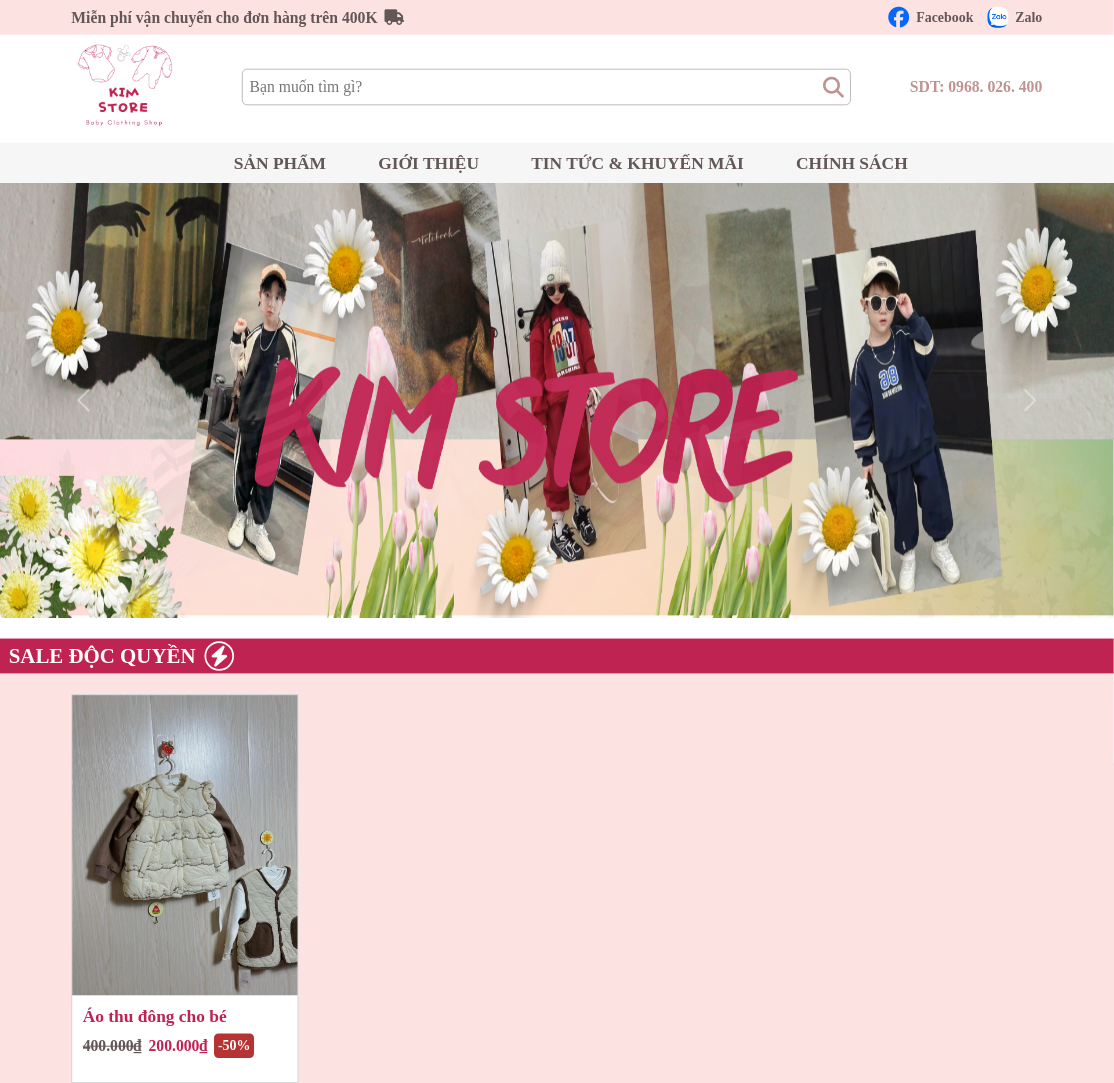
Repository: hoang28092000/kim-store
Page: index.html
These files come from the project's save history. The page is drawn as it stood at one moment and after the next save; the edit follows.
The browser window is 1280 px wide. The pictures show the whole page, at 87% of full size.
Some web libraries are served in a nearby version.

Above is the page before, as saved 2024-11-01 15:37:21.

### index.html
<!DOCTYPE html>
<html lang="en">
<head>
    <meta charset="UTF-8">
    <meta name="viewport" content="width=device-width, initial-scale=1.0">
    <link href="https://cdn.jsdelivr.net/npm/bootstrap@5.0.2/dist/css/bootstrap.min.css" rel="stylesheet" integrity="sha384-EVSTQN3/azprG1Anm3QDgpJLIm9Nao0Yz1ztcQTwFspd3yD65VohhpuuCOmLASjC" crossorigin="anonymous">
    <link rel="stylesheet" href="https://cdnjs.cloudflare.com/ajax/libs/font-awesome/6.6.0/css/all.min.css" integrity="sha512-Kc323vGBEqzTmouAECnVceyQqyqdsSiqLQISBL29aUW4U/M7pSPA/gEUZQqv1cwx4OnYxTxve5UMg5GT6L4JJg==" crossorigin="anonymous" referrerpolicy="no-referrer" />
    <link rel="stylesheet" href="asset/style.css">
    <title>KIM STORE</title>
</head>
<body>
    <div id="header">
        <div class="top_header ">
                <div class="container d-flex justify-content-between">
                    <div class="r-top_header d-flex align-items-center">
                        <p class="txt_bold mb-0 me-2">Miễn phí vận chuyển cho đơn hàng trên 400K</p>
                    <i class="fa-solid fa-truck icon-truck mb-0"></i>
                    </div>
                    <ul class="icons-header d-flex align-items-center mb-0">
                        <a href="" class="tag-a-top_header">
                            <li class="icon d-flex me-3">
                                <i class="fa-brands fa-facebook icon_fb me-2"></i>
                                <span class="txt-fb">Facebook</span>
                            </li>
                        </a>
                        <a href="" class="tag-a-top_header">
                            <li class="icon d-flex">
                                <img src="asset/image/icon_zalo.webp" alt="this is picture zalo" class="icon_zalo me-2">
                                <span class="txt-zalo">Zalo</span>
                             </li>
                        </a>
                    </ul>
                </div>
        </div>

        <div class="bottom_headder">
            <div class="container d-flex justify-content-between align-items-center">
                <a href="" class="">
                    <img src="asset/image/KIM-store.png" alt="this is logo" class="img_logo">
                </a>
                <div class="d-flex align-items-center">
                    <input type="text" class="search_header" placeholder="Bạn muốn tìm gì?">
                    <i class="fa-solid fa-magnifying-glass icon_search"></i>
                </div>
                <span class="sdt_header">SDT: 0968. 026. 400</span>
        </div>
    </div>


    <div id="navbar">
        <div class="container">
            <ul class="nav_links d-flex justify-content-center mb-0 py-2">
                <li class="item_link" ><a href="" class="nav_link">SẢN PHẨM</a></li>
                <li class="item_link" ><a href="" class="nav_link">GIỚI THIỆU</a></li>
                <li class="item_link" ><a href="" class="nav_link">TIN TỨC & KHUYẾN MÃI</a></li>
                <li class="item_link" ><a href="" class="nav_link">CHÍNH SÁCH</a></li>
            </ul>
        </div>
        <div class="banner">
            <div id="carouselExampleFade" class="carousel slide carousel-fade" data-bs-ride="carousel">
                <div class="carousel-inner">
                  <div class="carousel-item active">
                    <img src="asset/image/KIM_STORE.png" class="d-block w-100 banner" alt="this is banner">
                  </div>
                  <div class="carousel-item">
                    <img src="asset/image/banner2.png" class="d-block w-100 banner" alt="this is banner 2">
                  </div>
                  <div class="carousel-item">
                    <img src="asset/image/banner3.png" class="d-block w-100 banner" alt="this is banner 3">
                  </div>
                </div>
                <button class="carousel-control-prev" type="button" data-bs-target="#carouselExampleFade" data-bs-slide="prev">
                  <span class="carousel-control-prev-icon" aria-hidden="true"></span>
                  <span class="visually-hidden">Previous</span>
                </button>
                <button class="carousel-control-next" type="button" data-bs-target="#carouselExampleFade" data-bs-slide="next">
                  <span class="carousel-control-next-icon" aria-hidden="true"></span>
                  <span class="visually-hidden">Next</span>
                </button>
              </div>
        </div>
    </div>


    <div id="main" class="mt-4">
        <div class="title_txt d-flex align-items-center">
            <h3 class="txt_sale mb-0">SALE ĐỘC QUYỀN</h3>
            <i class="fa-solid fa-bolt icon_bold"></i>
        </div>
        <div class="container">
            <div class="row mt-4">
                <div class="col-lg-3">
                    <a href="" class="txt-decoration_none">
                        <div class="card_product">
                            <img src="asset/image/anh_1.jpg" class="img-card_product w-100" alt=" this is picture card">
                            <div class="info_card">
                                <h4 class="name_product">
                                    Áo thu đông cho bé
                                </h4>
                                <div class="price d-flex align-items-center">
                                    <p class="price-no_sale me-2">
                                        400.000₫
                                    </p>
                                    <p class="price_sale me-2">
                                        200.000₫
                                    </p>
                                    <p class="percent">
                                        -50%
                                    </p>
                                </div>
                            </div>
                        </div>
                    </a>
                </div>
            </div>
        </div>
    </div>


    <div id="footer">

    </div>






    <script src="https://cdn.jsdelivr.net/npm/bootstrap@5.0.2/dist/js/bootstrap.bundle.min.js" integrity="sha384-MrcW6ZMFYlzcLA8Nl+NtUVF0sA7MsXsP1UyJoMp4YLEuNSfAP+JcXn/tWtIaxVXM" crossorigin="anonymous"></script>
</body>
</html>

### asset/style.css
*{
    margin: 0;
    padding: 0;
    box-sizing: border-box;
    font-family: Montserrat;
    list-style: none;
    text-decoration: none;
}
.txt-decoration_none{
    text-decoration: none;
}
.txt-16px{
    font-size: 16px;
    color: #625656;
}
.txt_bold{
    font-size: 18px;
    color: #625656;
    font-weight: 700;
}
#header{

}
#header .top_header{
    height: 40px;
    background-color: #FDE2E2;
}
.top_header .r-top_header{
    height: 40px;
}
.top_header .icon-truck{
    font-size: 18px;
    color: #625656;
}
.top_header .tag-a-top_header{
    text-decoration: none;
}
.top_header .icon_fb{
    font-size: 24px;
    color: #0468ff;
}
.top_header .icon_zalo{
    width: 24px;
    height: 24px;
}
.top_header .txt-fb , .top_header .txt-zalo{
    font-size: 16px;
    color: #625656;
    font-weight: 600;
}
.top_header .txt-fb:hover , .top_header .txt-zalo:hover{
    color: #fff;
}

#header .bottom_headder {
    height: 124px;
}
.bottom_headder .img_logo{
    width: 120px;
    height: 120px;
}
.bottom_headder .search_header {
    width: 700px;
    height: 42px;
    font-size: 18px;
    color: #625656;
    border-radius: 6px;
    border: 1px solid #b3b0b0;
    padding-left: 8px;
    outline: none;
}
.bottom_headder .icon_search{
    font-size: 24px;
    color: #c19292;
    margin-left: -32px;
}
.bottom_headder .icon_search:hover{
    opacity: 0.7;
    cursor: pointer;
}
.bottom_headder .sdt_header{
    font-size: 18px;
    font-weight: 600;
    color: #c19292;
}


/* navbar */
#navbar{
    background: #f6f6f6;
    height: auto;
}
#navbar .nav_links{
    list-style: none;
}

.nav_links .nav_link{
    font-size: 20px;
    color: #625656;
    text-decoration: none;
    padding: 11px 30px;
    font-weight: 600;
}
.nav_links .nav_link:hover{
    background-color: #c19292;
    color: #f6f6f6;
}

#navbar .banner{
    height: 500px;
}
#main{
    background-color: #fce2e1;
}
#main .title_txt{
    background-color: #bf2352;
    height: 40px;
}
#main .txt_sale{
    font-size: 24px;
    font-weight: 700;
    color: #fff;
    padding: 10px;
}
#main .icon_bold{
    font-size: 24px;
    border: #fff 2px solid;
    border-radius: 50px;
    padding: 3px 4px 3px 5px;
    color: #fff;
}
#main .card_product{
    border: 1px solid #ccc;
    background-color: #fff;

}
.card_product .info_card{
    padding: 12px;
}
.card_product .info_card .name_product{
    font-size: 20px;
    color: #bf2352;
    font-weight: 600;
}
.info_card .price-no_sale{
    font-size: 18px;
    color: #625656;
    font-weight: 600;
    text-decoration: line-through;
}
.info_card  .price_sale{
    font-size: 18px;
    color: #625656;
    font-weight: 600;
    color: #bf2352;
}
.info_card .percent{
    font-size: 16px;
    color: #fff;
    font-weight: 600;
    padding: 2px 4px;
    background-color:#b12424ed;
    border-radius: 5px;
}

After the next save:
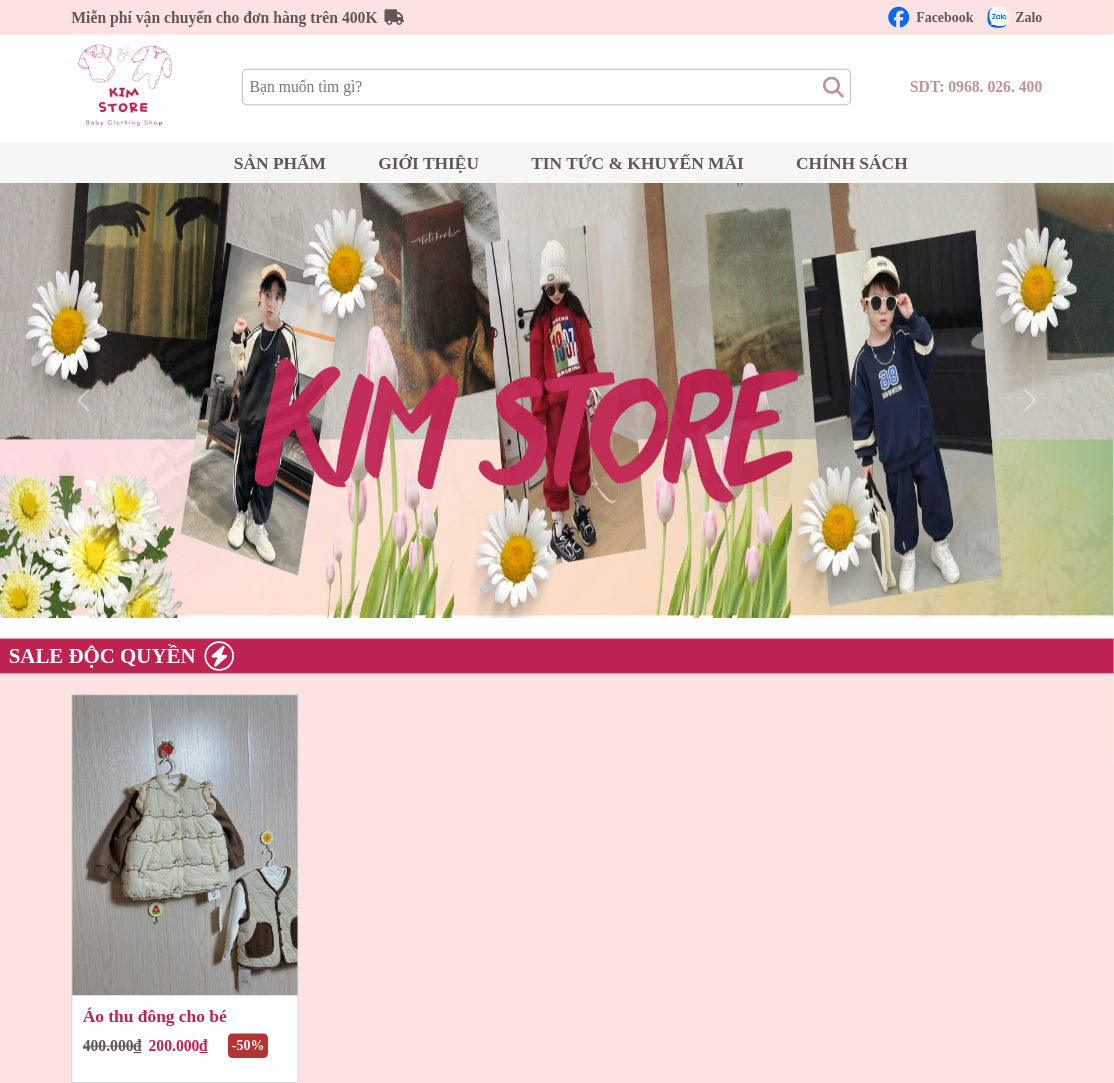
Saved 8 s later.
--- a/index.html
+++ b/index.html
@@ -101,7 +101,7 @@
                                     <p class="price-no_sale me-2">
                                         400.000₫
                                     </p>
-                                    <p class="price_sale me-2">
+                                    <p class="price_sale me-4">
                                         200.000₫
                                     </p>
                                     <p class="percent">
